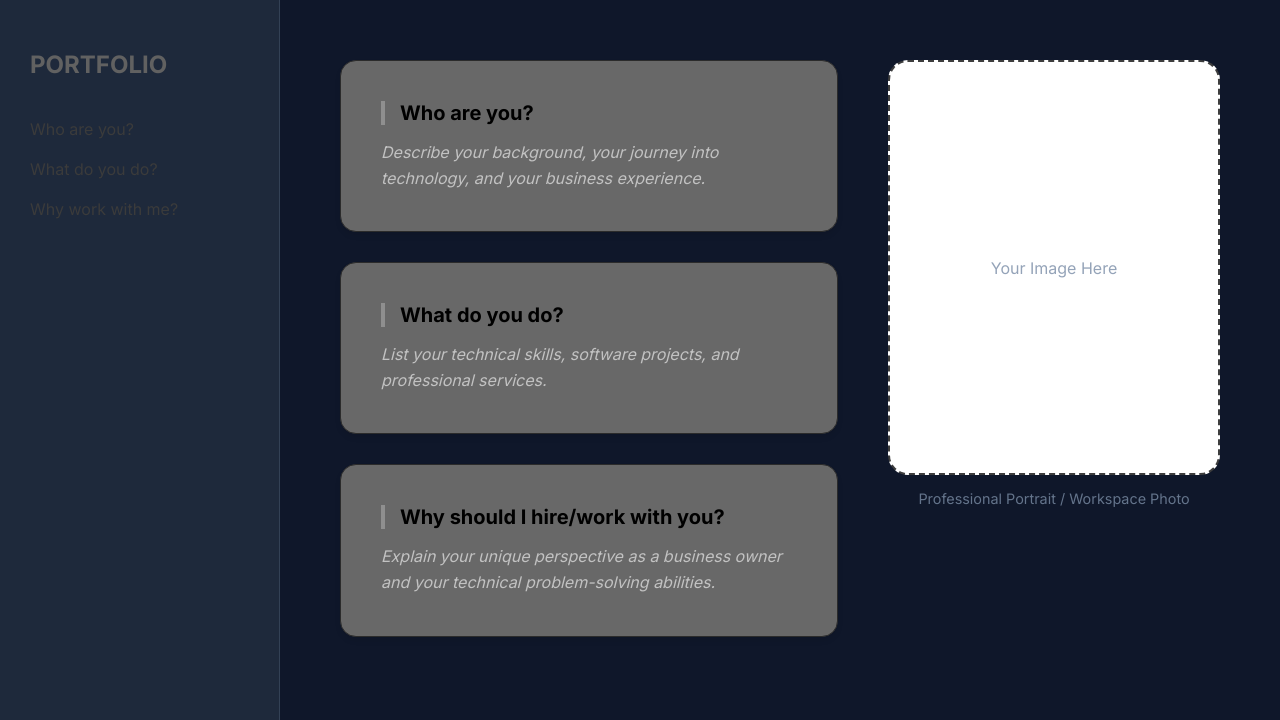
Repository: KevinSamaha/Kevin_Samaha
Page: index.html
These files come from the project's save history. The page is drawn as it stood at one moment and after the next save; the edit follows.
The browser window is 1280 px wide. The pictures show the whole page.

Above is the page before, as saved 2026-05-03 14:06:15.

After the next save:
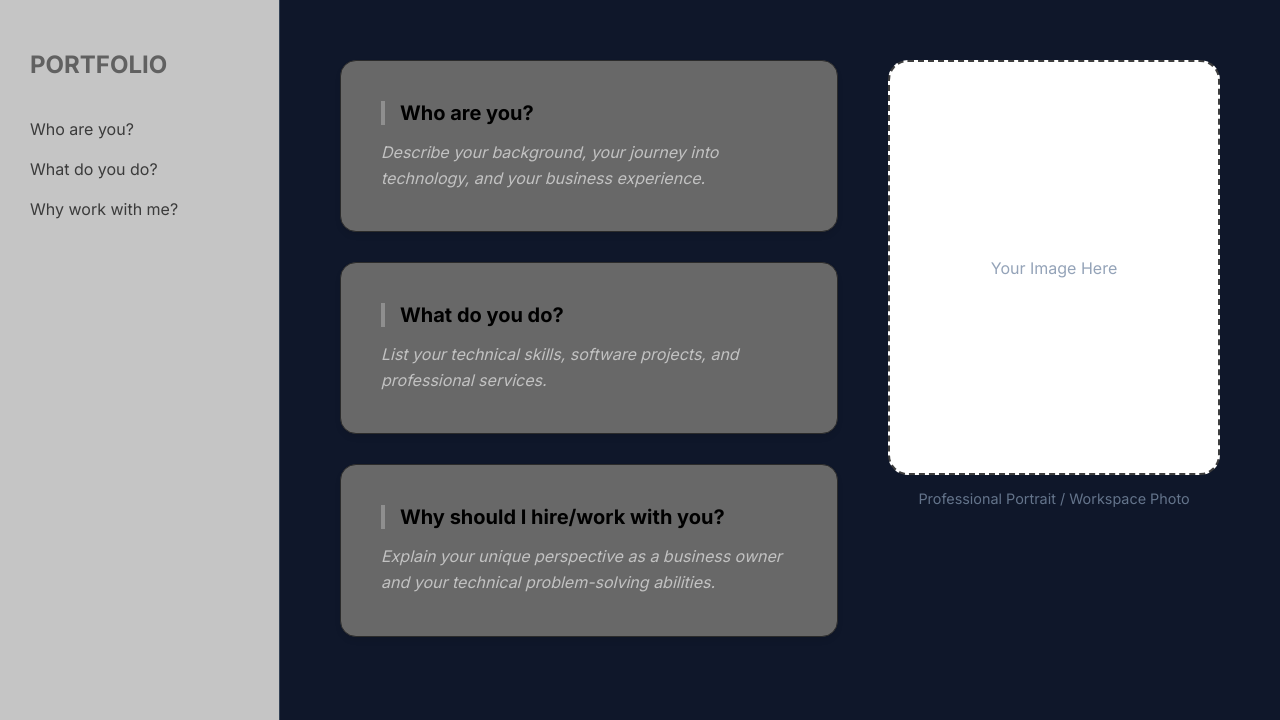
Saved 10 s later.
--- a/style.css
+++ b/style.css
@@ -18,7 +18,7 @@ body {
 header {
     width: 280px;
     height: 100vh;
-    background-color: #1e293b;
+    background-color: #c5c5c5;
     border-right: 1px solid #334155;
     padding: 50px 30px;
     position: fixed;
